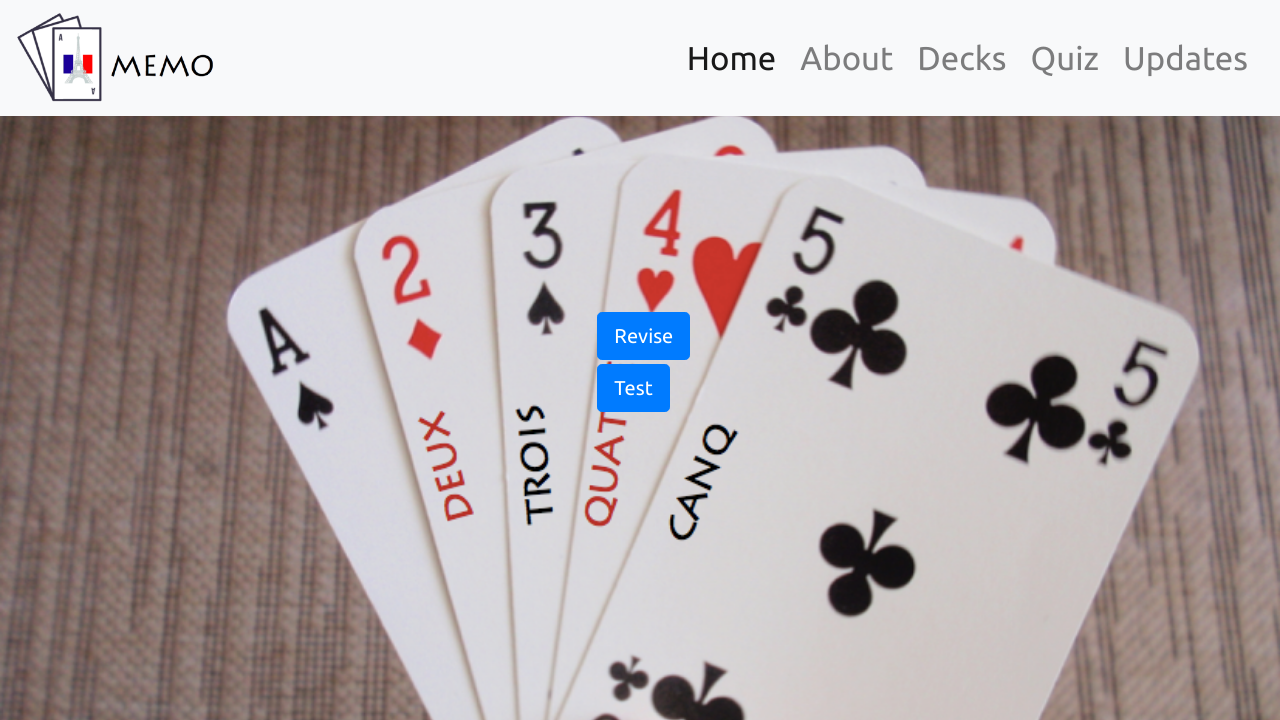
Repository: farahroslend/memofrancais
Page: landingPage.html
The author's editor kept a record of every edit. The page is drawn from the files as they stood at one moment, then again after the next edit.
The browser window is 1280 px wide. The pictures show the whole page.

Above is the page before.

### landingPage.html
<!DOCTYPE html>
<html lang="en">

<head>
    <meta charset="UTF-8">
    <meta name="viewport" content="width=device-width, initial-scale=1.0">
    <meta http-equiv="X-UA-Compatible" content="ie=edge">

    <!-- CSS -->
    <link rel="stylesheet" href="https://maxcdn.bootstrapcdn.com/bootstrap/4.1.3/css/bootstrap.min.css">
    <link rel="stylesheet" href="styler.css" type="text/css">

    <!-- Add icon library -->
    <link href="https://fonts.googleapis.com/css?family=Ubuntu&display=swap" rel="stylesheet">

    <style>
    </style>

    <title>MEMO</title>
</head>

<body>
    <!---------------------------------------------------------------------- Nav bar -->
    <nav class="navbar navbar-light navbar-expand-sm bg-light">
        <a href="landingPage.html" class="navbar-brand"><img src="./visuals/memologo5.png" alt="" height="90" ></a>
        <button class="navbar-toggler ml-2" type="button" data-toggle="collapse" data-target="#navbarNavDropdown" aria-controls="navbarNavDropdown" aria-expanded="false" aria-label="Toggle navigation">
            <span class="navbar-toggler-icon"></span></button>
        <div class="collapse navbar-collapse" id="navbarNavDropdown">
            <ul class="navbar-nav ml-auto">
                <li class="active nav-item mr-2"><a class="nav-link" href="index.html">Home</a></li>
                <li class="nav-item mr-2"><a class="nav-link" href="about.html">About</a></li>
                <li class="nav-item mr-2"><a class="nav-link" href="#music">Decks</a></li>
                <li class="nav-item mr-2"><a class="nav-link" href="#gigs">Quiz</a></li>
                <li class="nav-item mr-2"><a class="nav-link" href="#bottom">Updates</a></li>
                <!-- <li class="nav-item mr-2 d-block d-sm-none"><a class="nav-link" href="">Sign In / Sign Up</a></li> -->
            </ul>
        </div>
    </nav>

    <!---------------------------------------------------------------------- Callout -->
    <div class="container-fluid callout-container">
        <div class="opaque-overlay">&nbsp;</div>
        <div class="bottomleft">
            <div>
                <button class="btn btn-primary btn-lg" type="submit">Revise</button>
            </div>
            <div></div>
            <div>
                <button class="btn btn-primary btn-lg" type="submit">Test</button>
            </div>
        </div>
    </div>

    <!---------------------------------------------------------------------- /.callout -->

</body>

</html>

### styler.css
.callout-container {
    background-image: url('./visuals/lpPic1.png');
    height: 100vh;
    width: 100%;
    background: url('./visuals/lpPic1.png') no-repeat center center fixed;
    background-position-y: 55px;
    background-position-x: 0px;

    -webkit-background-size: cover;
    -moz-background-size: cover;
    -o-background-size: cover;
    background-size: cover;
    display: flex;
    align-items: center;
    justify-content: center;
    position: relative;

}

.navbar {
    width: 100vw;
    position: fixed;
    z-index: 2;
}

@media (max-width:499px) {
    .callout-container {
        background-position-y: 85px;
        background-position-x: -28px;
    }
}


@media (min-width: 500px) and (max-width: 1199px) {
    .callout-container {
        background-position-y: 100px;
        background-position-x: -50px;
    }

    body {
            font-family: 'Ubuntu', sans-serif;
            font-size: 26px;
        }
}


@media (min-width:1200px) {
    .callout-container {
        background-position-y: 55px;
        background-position-x: 0px;
    }

    body {
            font-family: 'Ubuntu', sans-serif;
            font-size: 33px;
        }
}

After the next edit:
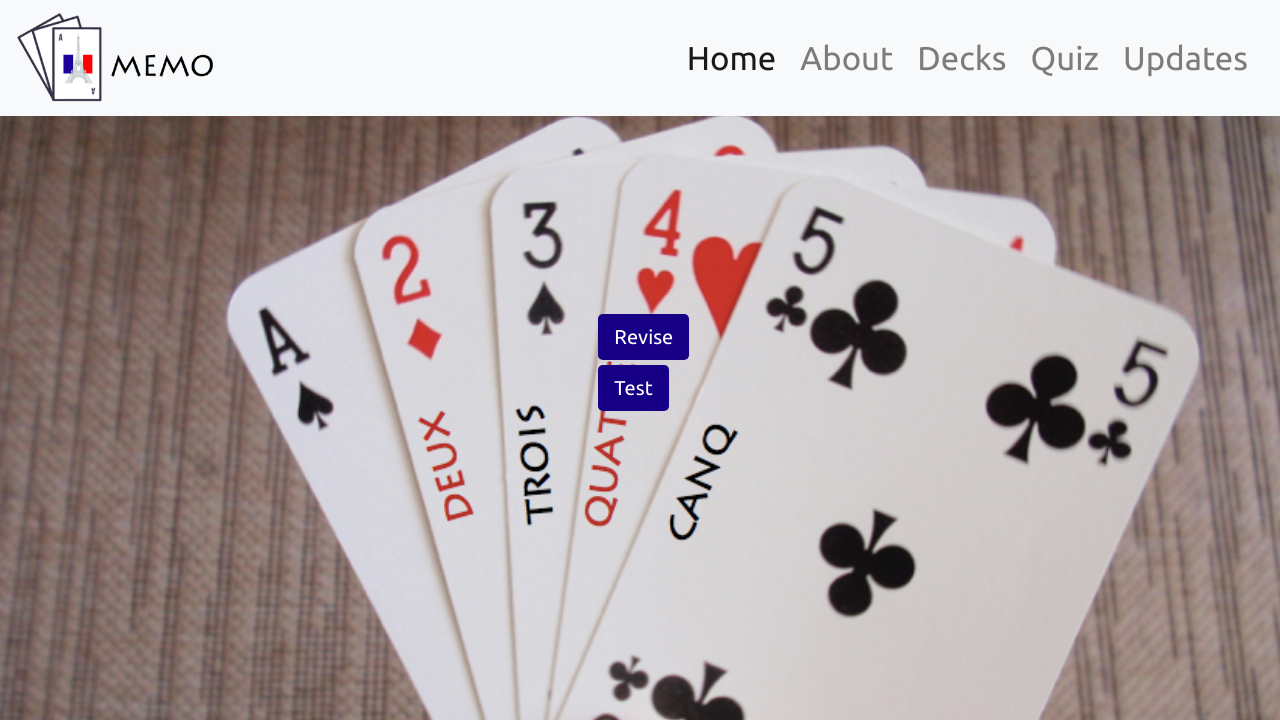
The edit:
--- a/styler.css
+++ b/styler.css
@@ -23,6 +23,15 @@
     z-index: 2;
 }
 
+.btn-outline-primary {
+    background-color: #180086 !important;
+}
+
+.btn-primary {
+    background-color: #180086 !important;
+    border: #180086 !important;
+}
+
 @media (max-width:499px) {
     .callout-container {
         background-position-y: 85px;
@@ -38,9 +47,9 @@
     }
 
     body {
-            font-family: 'Ubuntu', sans-serif;
-            font-size: 26px;
-        }
+        font-family: 'Ubuntu', sans-serif;
+        font-size: 26px;
+    }
 }
 
 
@@ -51,7 +60,7 @@
     }
 
     body {
-            font-family: 'Ubuntu', sans-serif;
-            font-size: 33px;
-        }
+        font-family: 'Ubuntu', sans-serif;
+        font-size: 33px;
+    }
 }
